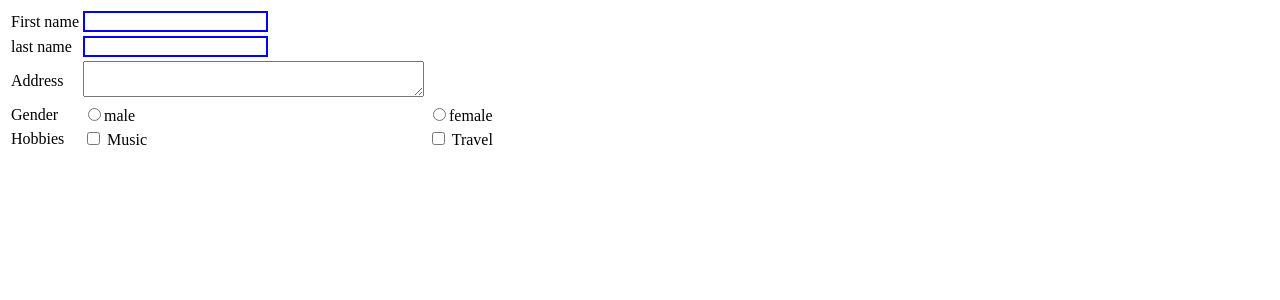
Repository: PoojaShirwaikar/BlockhainTest
Page: javascript/jQueryAssignment2/WebContent/ques10.html
The author's editor kept a copy of each file at every save. The page is drawn from the files as they stood at one save, then again after the next save.
The browser window is 1280 px wide. The pictures show the whole page.
Some web libraries are served in a nearby version.

Above is the page before, as saved 2017-11-14 11:37:40.

### javascript/jQueryAssignment2/WebContent/ques10.html
<!DOCTYPE html>
<html>
<head>
<meta charset="ISO-8859-1">
<title>Insert title here</title>
<script src="https://code.jquery.com/jquery-3.2.1.js"></script>
<script>
	$(function() {
		$("form :input:text").css("border", "2px solid blue");
	});
</script>
</head>
<body>
	<form action="\" method="post">

		<table>
			<tbody>
				<tr>
					<td>First name</td>
					<td><input id="FirstName" type="text" />
				</tr>
				<tr>
					<td>last name</td>
					<td><input id="lastName" type="text" />
				</tr>
				<tr>
					<td>Address</td>
					<td><textarea id="address" cols="40" name="address"></textarea></td>
				</tr>
				<tr>
					<td>Gender</td>
					<td><input id="male" type="radio" name="gender" />male</td>
					<td><input id="female" type="radio" name="gender" />female</td>

				</tr>
				<tr>
					<td>Hobbies</td>
					<td><input id="checkbox1" type="checkbox" /> <lable
							for="checkbox1">Music</lable></td>
					<td><input id="checkbox2" type="checkbox" /> <lable
							for="checkbox2">Travel</lable></td>
				</tr>


			</tbody>
		</table>
	</form>
</body>
</html>

After the next save:
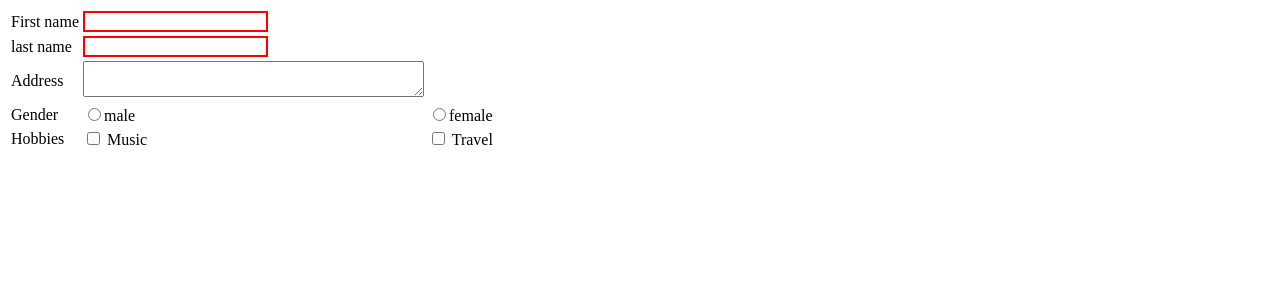
Saved 13 s later.
--- a/javascript/jQueryAssignment2/WebContent/ques10.html
+++ b/javascript/jQueryAssignment2/WebContent/ques10.html
@@ -6,7 +6,7 @@
 <script src="https://code.jquery.com/jquery-3.2.1.js"></script>
 <script>
 	$(function() {
-		$("form :input:text").css("border", "2px solid blue");
+		$("form :input:text").css("border", "2px solid red");
 	});
 </script>
 </head>
